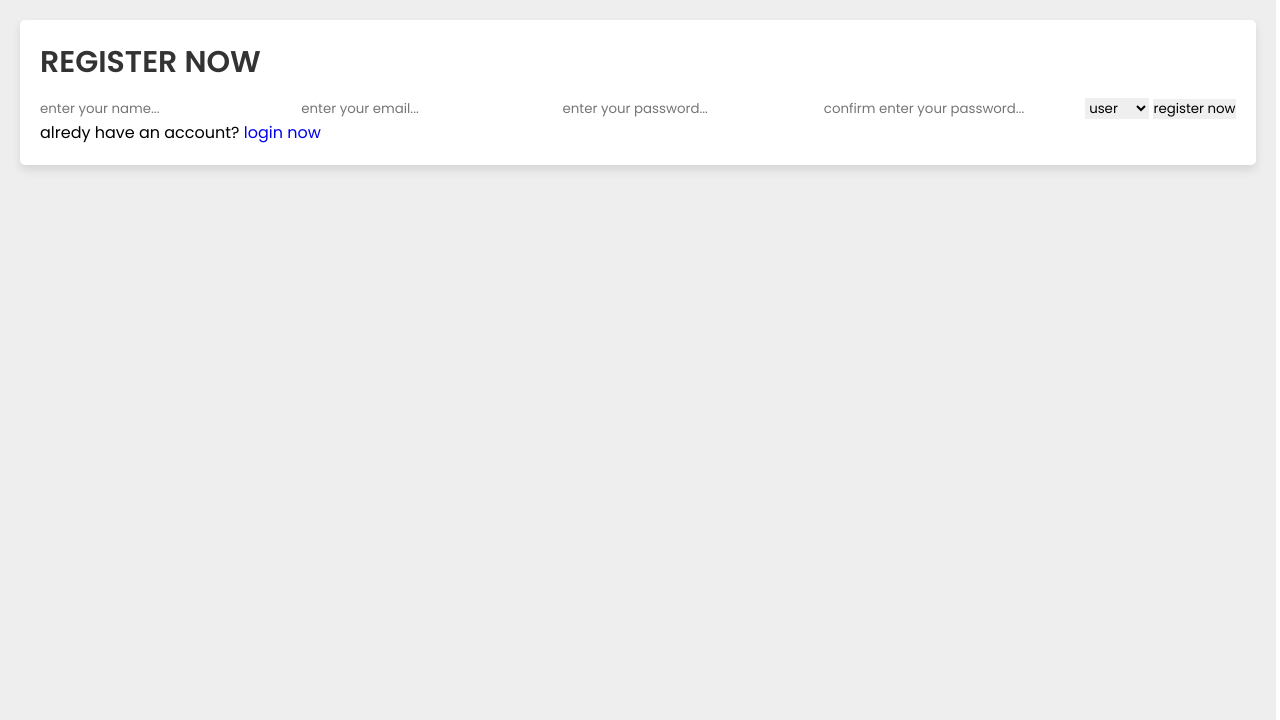
Repository: yennobita/FPT-PHP1
Page: http://localhost/user/register_form.php
An editor plug-in stored every save of this project. The page is shown before and after the next save, followed by the edit.
The browser window is 1280 px wide. The pictures show the whole page.
The page is run by PHP 8.4 with error messages shown; the project is at /var/www/html/.

Above is the page before, as saved 2022-07-24 21:23:31.

### ASM_PHP1/user/register_form.php
<!DOCTYPE html>
<html lang="en">
<head>
    <meta charset="UTF-8">
    <meta http-equiv="X-UA-Compatible" content="IE=edge">
    <meta name="viewport" content="width=device-width, initial-scale=1.0">
    <title>Form-container</title>
    <style>
    @import url("https://fonts.googleapis.com/css2?family=Poppins:wght@100;200;300;400;500;600&display=swap");
    * {
       font-family: "Poppins", sans-serif;
       margin: 0;
       padding: 0;
       box-sizing: border-box;
       outline: none;
       border: none;
       text-decoration: none;
    }
    .form-container {
        min-height: 100vh;
        display: inline-block;
        align-items: center;
        justify-content: center;
        padding: 20px;
        padding-bottom: 60px;
        background: #eee;

    }
    .form-container form {
        padding: 20px;
        border-radius: 5px;
        box-shadow: 0 5px 10px rgba(0, 0, 0, .1);
        background: #fff;
    }
    .form-container form h3 {
        font-size: 30px;
        text-transform: uppercase;
        margin-bottom: 10px;
        color: #333;

    }
    .form-container form input {

    }
    </style>
</head>
<body>
    <div class="form-container">
        <form action="" method="post">
            <h3>register now</h3>
            <input type="text" name="name" require placeholder="enter your name...">
            <input type="email" name="email" require placeholder="enter your email...">
            <input type="password" name="password" require placeholder="enter your password...">
            <input type="password" name="password" require placeholder="confirm enter your password...">
            <select name="user_type" >
                <option value="user">user</option>
                <option value="admin">admin</option>
            </select>
            <input type="submit" name="submit" value="register now" class="form-btn">
            <p>alredy have an account? <a href="/user/login_form.php">login now</a></p>
        </form>
    </div>
</body>
</html>

After the next save:
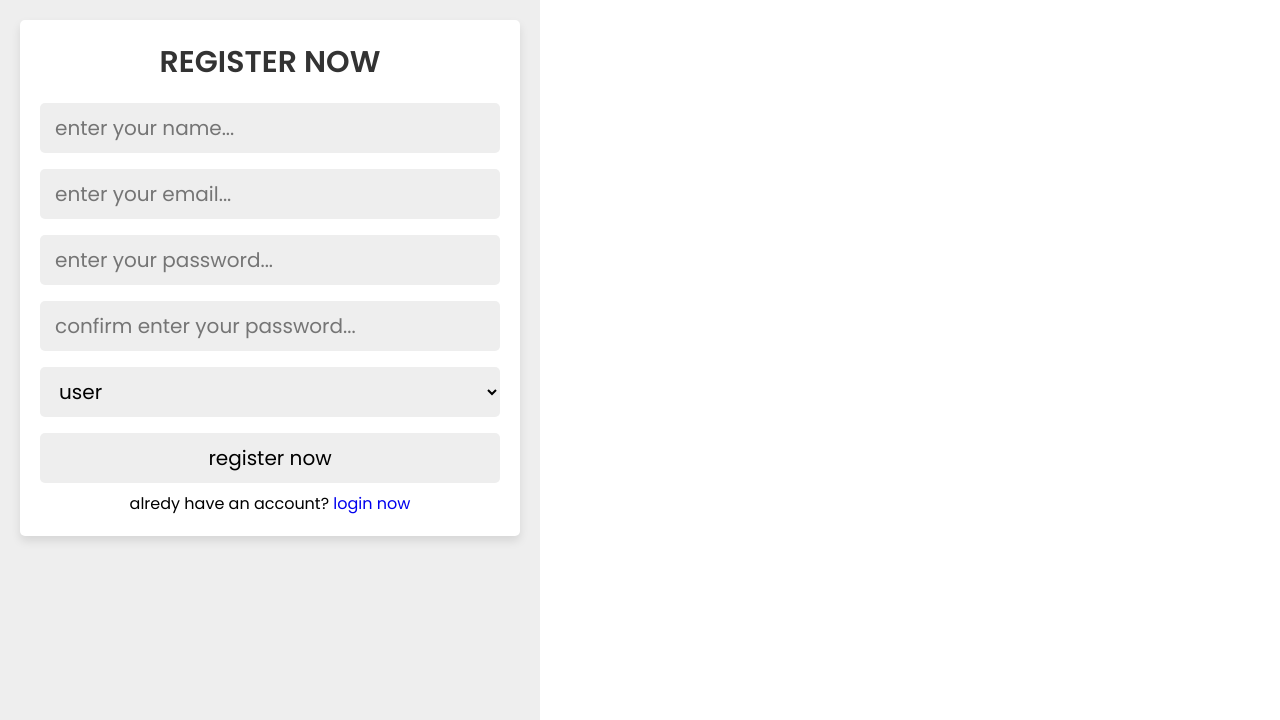
Saved 3 min 42 s later.
--- a/ASM_PHP1/user/register_form.php
+++ b/ASM_PHP1/user/register_form.php
@@ -30,7 +30,9 @@
         padding: 20px;
         border-radius: 5px;
         box-shadow: 0 5px 10px rgba(0, 0, 0, .1);
+        text-align: center;
         background: #fff;
+        width: 500px;
     }
     .form-container form h3 {
         font-size: 30px;
@@ -39,7 +41,14 @@
         color: #333;
 
     }
-    .form-container form input {
+    .form-container form input,
+    .form-container form select {
+        width: 100%;
+        padding: 10px 15px;
+        font-size: 20px;
+        margin: 8px 0;
+        background: #eee;
+        border-radius: 5px;
 
     }
     </style>
